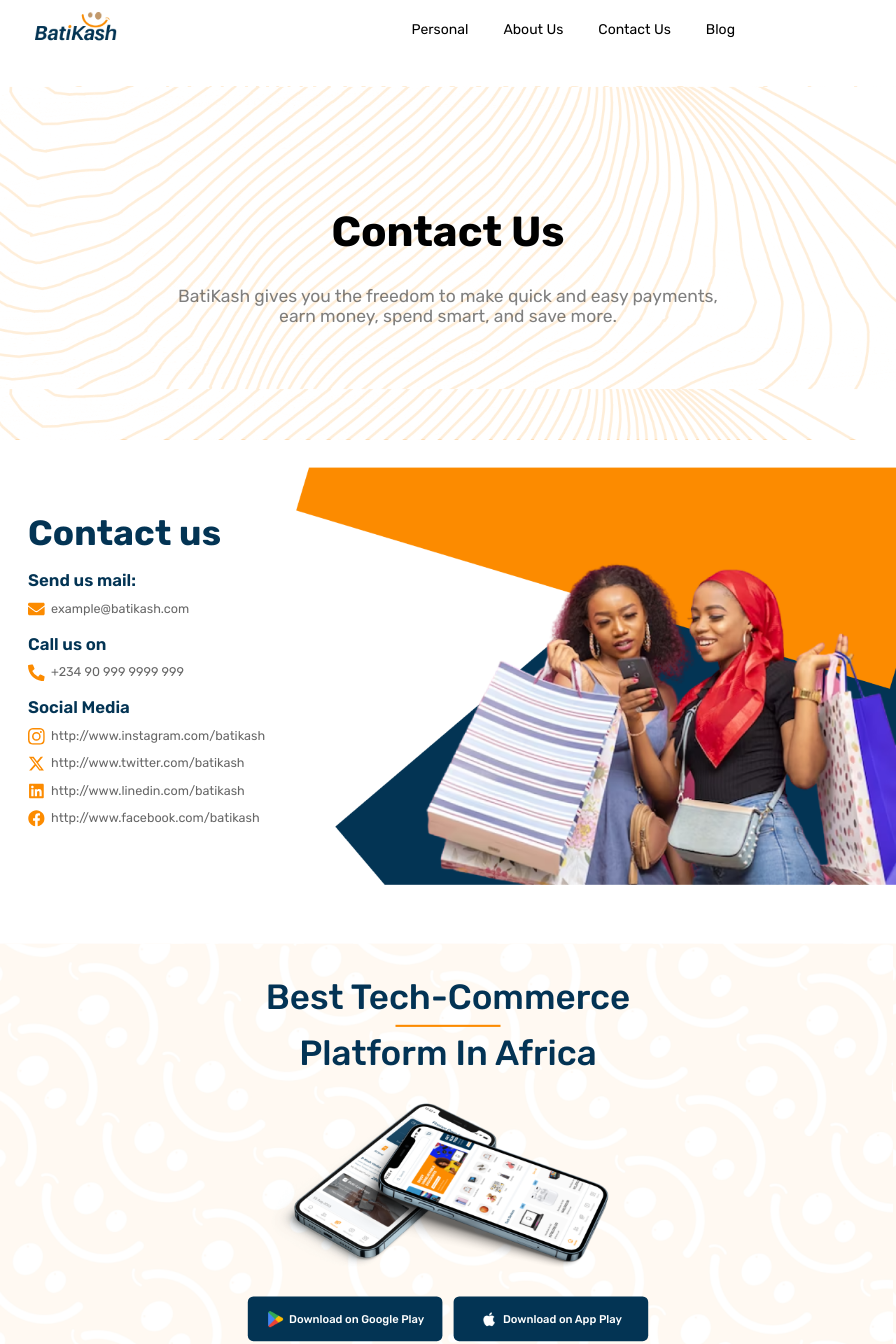
Repository: Batikashdev/batikash-website
Page: /contact
The author's editor kept a copy of each file at every save. The page is drawn from the files as they stood at one save, then again after the next save.
The browser window is 1280 px wide. The pictures show the part of the page from y = 0 to 1920 px (the page is 2698 px tall before and 2782 px after), at 70% of full size.
The project was rebuilt for these pictures with package versions that can differ from the ones it lists, and the page was loaded fresh each time. Also part of the build but not shown: vite.config.js, src/App.css, src/pages/About.jsx, src/components/blog/blog.scss, src/components/blog/BlogPost.jsx, src/components/blog/Frame1.jsx, src/components/blog/dummydate.js, src/pages/Blog.jsx and 7 more.

Above is the page before, as saved 2024-06-22 17:33:09.

After the next save:
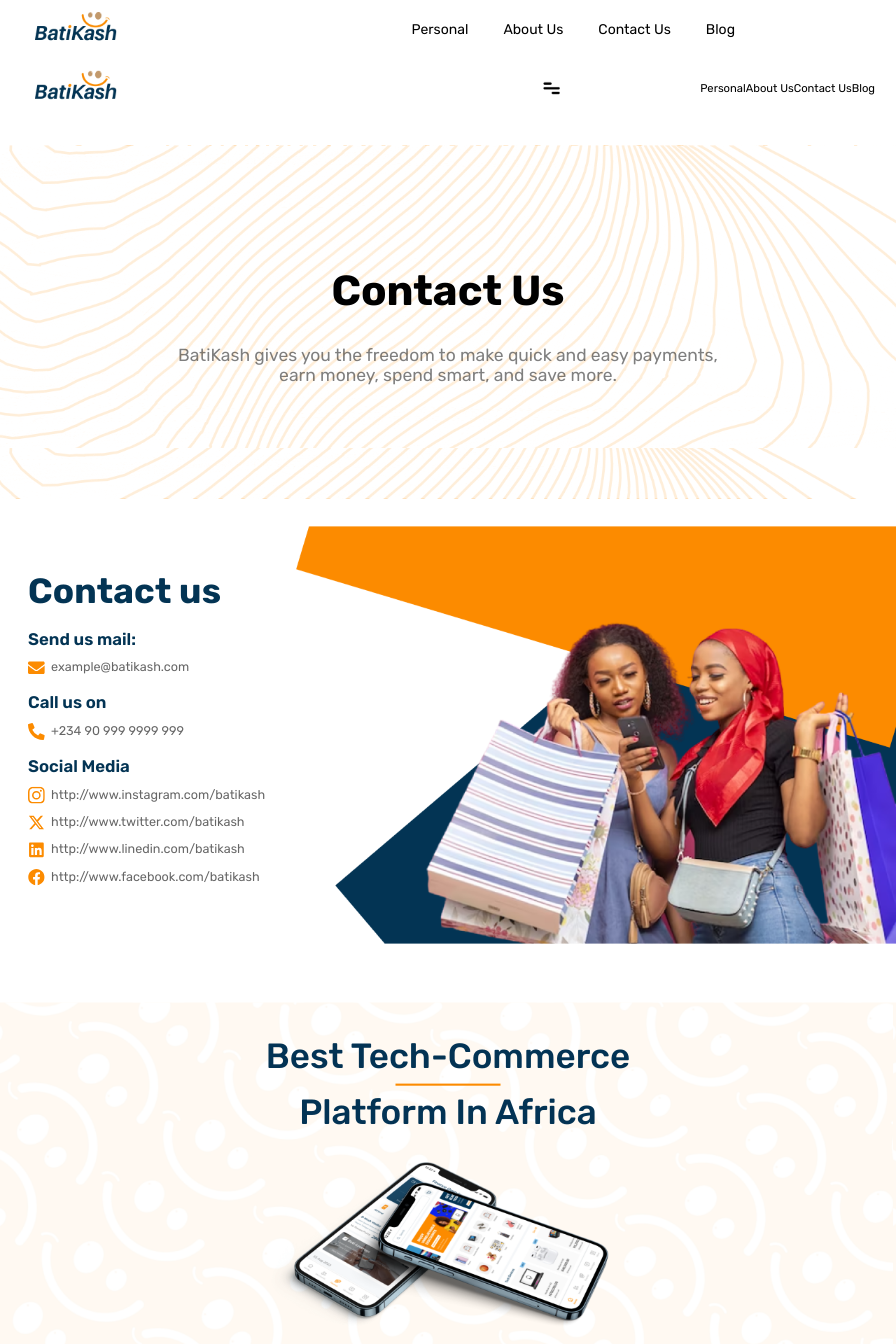
Saved 11 min 16 s later.
--- a/src/components/navbar/Navbar.jsx
+++ b/src/components/navbar/Navbar.jsx
@@ -1,23 +1,35 @@
 import "./navbar.scss";
 import Logo from "../../assets/BATIKASH-LOGO.png"
+import MenuBurger from "../../assets/vector (1).png"
 import { NavLink } from "react-router-dom";
 
 
 
 const Navbar = () => {
   return (
+    <>
     <nav>
         <div className="left-nav">
           <NavLink to="/"> <img src={Logo} alt=""/></NavLink>
         </div>
         <div className="right-nav">
+
           <NavLink className="link" to="/"><a>Personal</a></NavLink>
           <NavLink  className="link" to="/about"><a>About Us</a></NavLink>
           <NavLink  className="link" to="/contact"><a>Contact Us</a></NavLink>
           <NavLink  className="link" to="/blog"><a>Blog</a></NavLink>
         </div>
+    </nav>
 
-        <div className="mobile-nav">
+    <nav className="mobile-nav">
+        <div className="left-nav">
+          <NavLink to="/"> <img src={Logo} alt=""/></NavLink>
+        </div>
+        <div className="right-nav">
+         <img src={MenuBurger} alt=""/>
+        </div>
+
+        <div >
           <NavLink className="link" to="/"><a>Personal</a></NavLink>
           <NavLink  className="link" to="/about"><a>About Us</a></NavLink>
           <NavLink  className="link" to="/contact"><a>Contact Us</a></NavLink>
@@ -27,6 +39,7 @@
 
 
     </nav>
+    </>
   )
 }
 

After the 2 saves that followed:
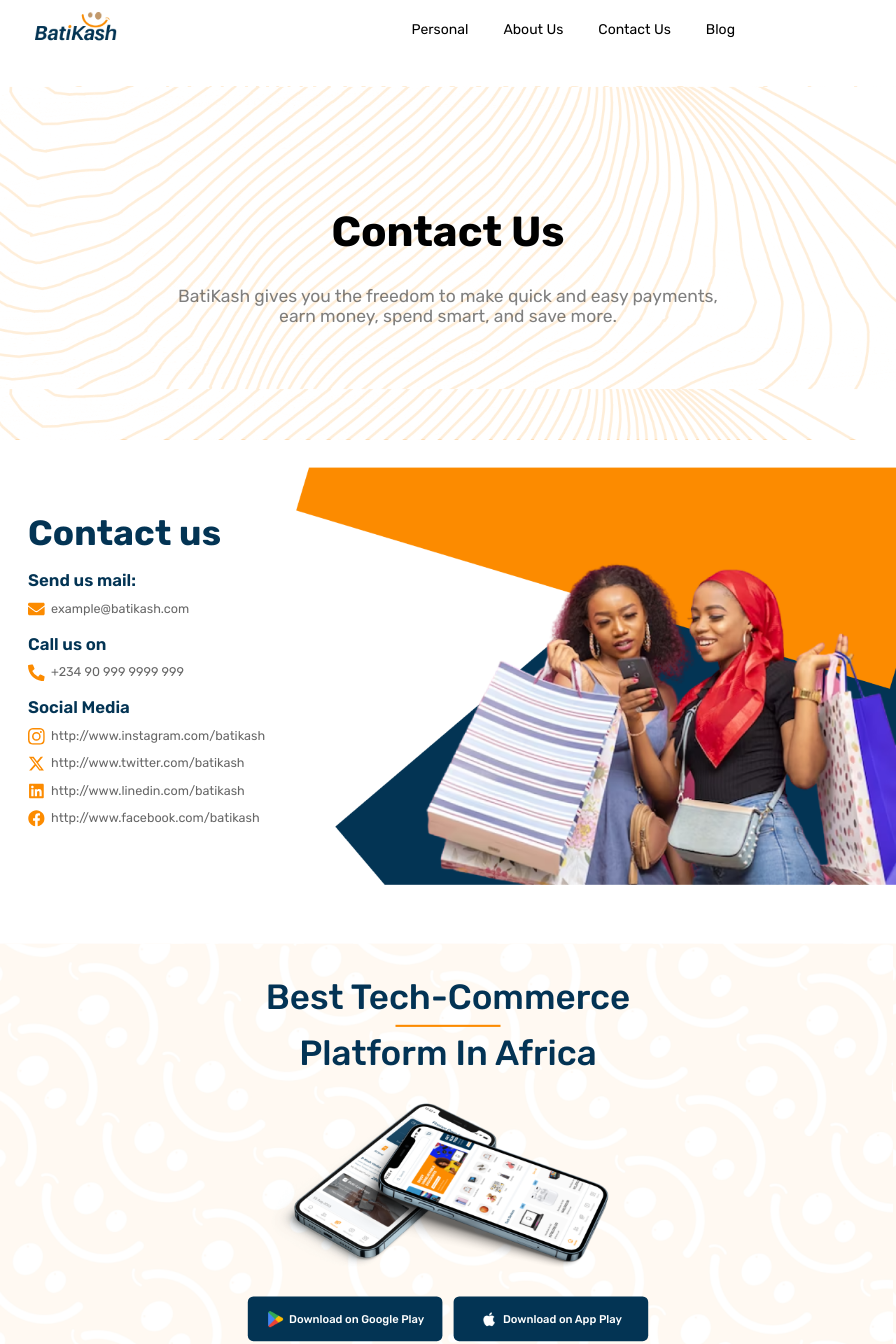
The 2 saves are shown as one change because 1 left the picture as it was.
The last was saved 2 min 20 s later.
--- a/src/components/navbar/Navbar.jsx
+++ b/src/components/navbar/Navbar.jsx
@@ -1,6 +1,6 @@
 import "./navbar.scss";
 import Logo from "../../assets/BATIKASH-LOGO.png"
-import MenuBurger from "../../assets/vector (1).png"
+import MenuBurger from "../../assets/Vector (1).png"
 import { NavLink } from "react-router-dom";
 
 
--- a/src/components/navbar/navbar.scss
+++ b/src/components/navbar/navbar.scss
@@ -19,10 +19,11 @@
         }
 
     }
-    .mobile-nav {
-        display: none;
-    }
 
+
+}
+.mobile-nav {
+    display: none;
 }
 
 @media (max-width: 600px) {
